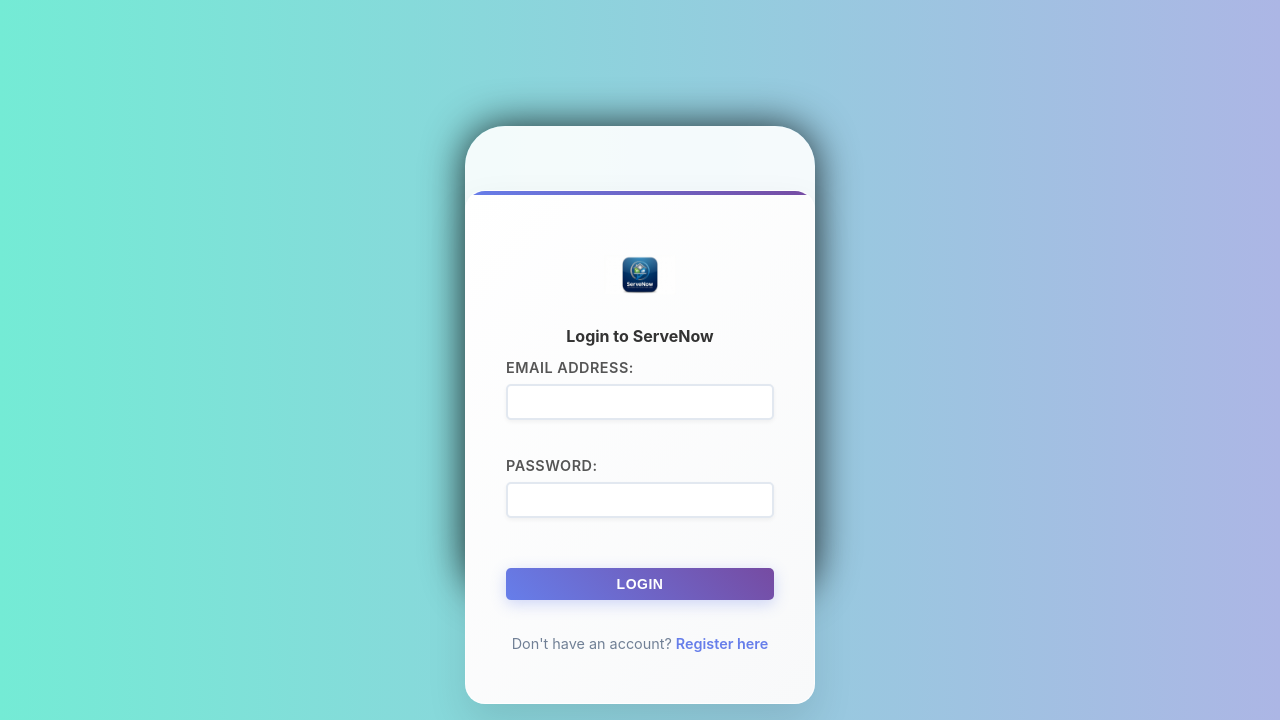
Repository: onenet786/servenow
Page: login.html
An editor plug-in stored every save of this project. The page is shown before and after the next save, followed by the edit.
The browser window is 1280 px wide. The pictures show the whole page.

Above is the page before, as saved 2025-12-14 19:41:18.

After the next save:
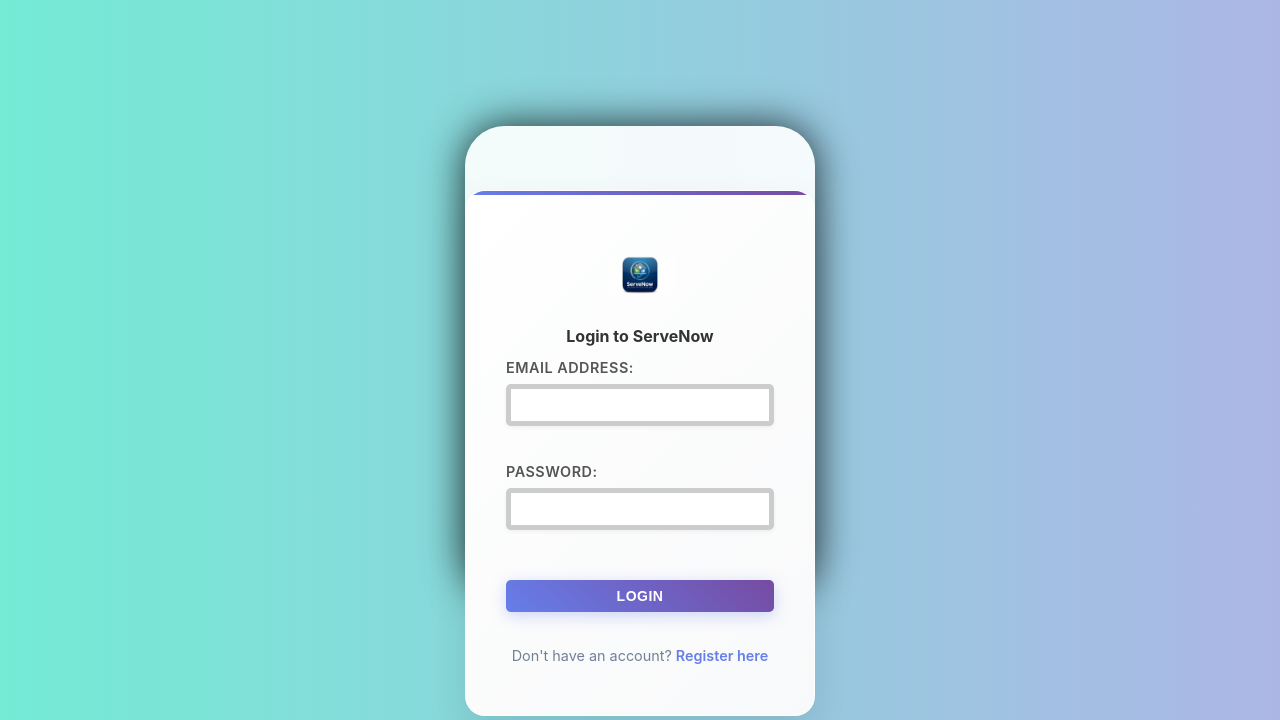
Saved 4 s later.
--- a/login.html
+++ b/login.html
@@ -83,7 +83,7 @@
         .form-group input {
             width: 100%;
             padding: 6px;
-            border: px solid #ccc;
+            border: 5px solid #ccc;
             border-radius: 5px;
         }
 
